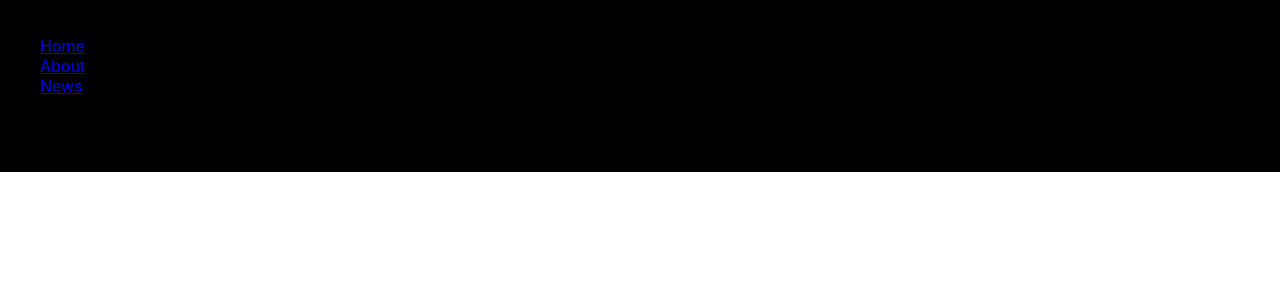
Repository: thaiduy1704/Movie
Page: /
An editor plug-in stored every save of this project. The page is shown before and after the next save, followed by the edit.
The browser window is 1280 px wide. The pictures show the whole page.
The project was rebuilt for these pictures with package versions that can differ from the ones it lists, and the page was loaded fresh each time. Also part of the build but not shown: src/pages/About.js, src/pages/News.js, src/pages/Error.js.

Above is the page before, as saved 2022-07-14 12:01:18.

### src/App.js

import {
  BrowserRouter as Router,
  Route,
  Routes,

} from "react-router-dom";
import { HomePage, About, News, Error } from './pages'




function App() {
  return (
    <Router>
      <Routes>
        <Route path="/" element={<HomePage />} />
        <Route path="/about" element={<About />} />
        <Route path="/news" element={<News />} />
        <Route path="*" element={<Error />} />
      </Routes>
    </Router>
  );
}

export default App;

### src/features/counter/counterSlice.js
import { createAsyncThunk, createSlice } from '@reduxjs/toolkit';
import { fetchCount } from './counterAPI';

const initialState = {
  value: 0,
  status: 'idle',
};

// The function below is called a thunk and allows us to perform async logic. It
// can be dispatched like a regular action: `dispatch(incrementAsync(10))`. This
// will call the thunk with the `dispatch` function as the first argument. Async
// code can then be executed and other actions can be dispatched. Thunks are
// typically used to make async requests.
export const incrementAsync = createAsyncThunk(
  'counter/fetchCount',
  async (amount) => {
    const response = await fetchCount(amount);
    // The value we return becomes the `fulfilled` action payload
    return response.data;
  }
);

export const counterSlice = createSlice({
  name: 'counter',
  initialState,
  // The `reducers` field lets us define reducers and generate associated actions
  reducers: {
    increment: (state) => {
      // Redux Toolkit allows us to write "mutating" logic in reducers. It
      // doesn't actually mutate the state because it uses the Immer library,
      // which detects changes to a "draft state" and produces a brand new
      // immutable state based off those changes
      state.value += 1;
    },
    decrement: (state) => {
      state.value -= 1;
    },
    // Use the PayloadAction type to declare the contents of `action.payload`
    incrementByAmount: (state, action) => {
      state.value += action.payload;
    },
  },
  // The `extraReducers` field lets the slice handle actions defined elsewhere,
  // including actions generated by createAsyncThunk or in other slices.
  extraReducers: (builder) => {
    builder
      .addCase(incrementAsync.pending, (state) => {
        state.status = 'loading';
      })
      .addCase(incrementAsync.fulfilled, (state, action) => {
        state.status = 'idle';
        state.value += action.payload;
      });
  },
});

export const { increment, decrement, incrementByAmount } = counterSlice.actions;

// The function below is called a selector and allows us to select a value from
// the state. Selectors can also be defined inline where they're used instead of
// in the slice file. For example: `useSelector((state: RootState) => state.counter.value)`
export const selectCount = (state) => state.counter.value;

// We can also write thunks by hand, which may contain both sync and async logic.
// Here's an example of conditionally dispatching actions based on current state.
export const incrementIfOdd = (amount) => (dispatch, getState) => {
  const currentValue = selectCount(getState());
  if (currentValue % 2 === 1) {
    dispatch(incrementByAmount(amount));
  }
};

export default counterSlice.reducer;

### src/pages/index.js
import HomePage from './HomePage'
import About from './About'
import News from './News'
import Error from './Error'

export { HomePage, About, News, Error }

### src/pages/HomePage.js
import styled from 'styled-components'
import { NavBar } from '../components'
const HomePage = () => {
    return (
        <Container>
            <NavBar />

        </Container>

    )
}
const Container = styled.main`
    background-color:red;
`
export default HomePage

### src/components/index.js
import NavBar from "./NavBar";

export { NavBar }

### src/components/NavBar.js
import { SiThemoviedatabase } from 'react-icons/si'
import { Link } from 'react-router-dom'
import styled from 'styled-components'

const NavBar = () => {
    return (
        <Container>
            <div>
                <SiThemoviedatabase />
                <ul>
                    <li><Link to='/'>Home</Link></li>
                    <li><Link to='/about'>About</Link></li>
                    <li><Link to='/news'>News</Link></li>

                </ul>

            </div>
            <div>
                <ul>
                    <li></li>
                    <span>/</span>
                    <li></li>
                </ul>
            </div>

        </Container>

    )
}
const Container = styled.nav`
    background-color: black
`

export default NavBar

Loaded but not shown: public/index.html (common file); src/index.js (common file); src/app/store.js (common file); src/reportWebVitals.js (common file); src/index.css (common file); src/features/counter/counterAPI.js (common file)

After the next save:
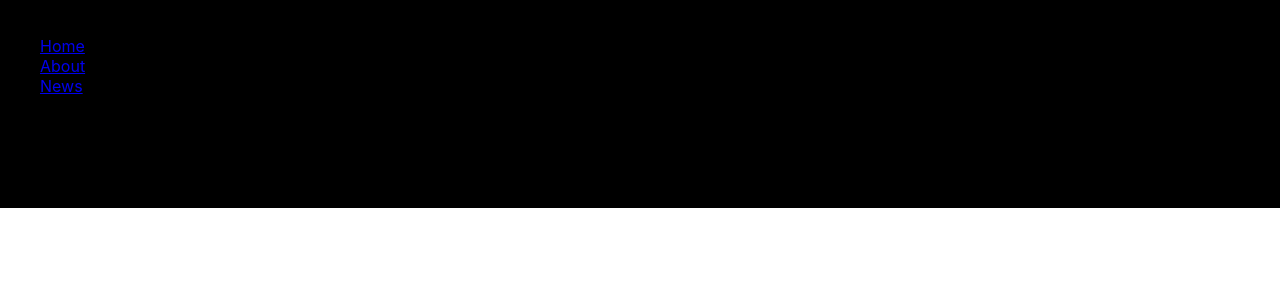
Saved 6 s later.
--- a/src/components/NavBar.js
+++ b/src/components/NavBar.js
@@ -21,6 +21,7 @@ const NavBar = () => {
                     <span>/</span>
                     <li></li>
                 </ul>
+                <SiThemoviedatabase />
             </div>
 
         </Container>
